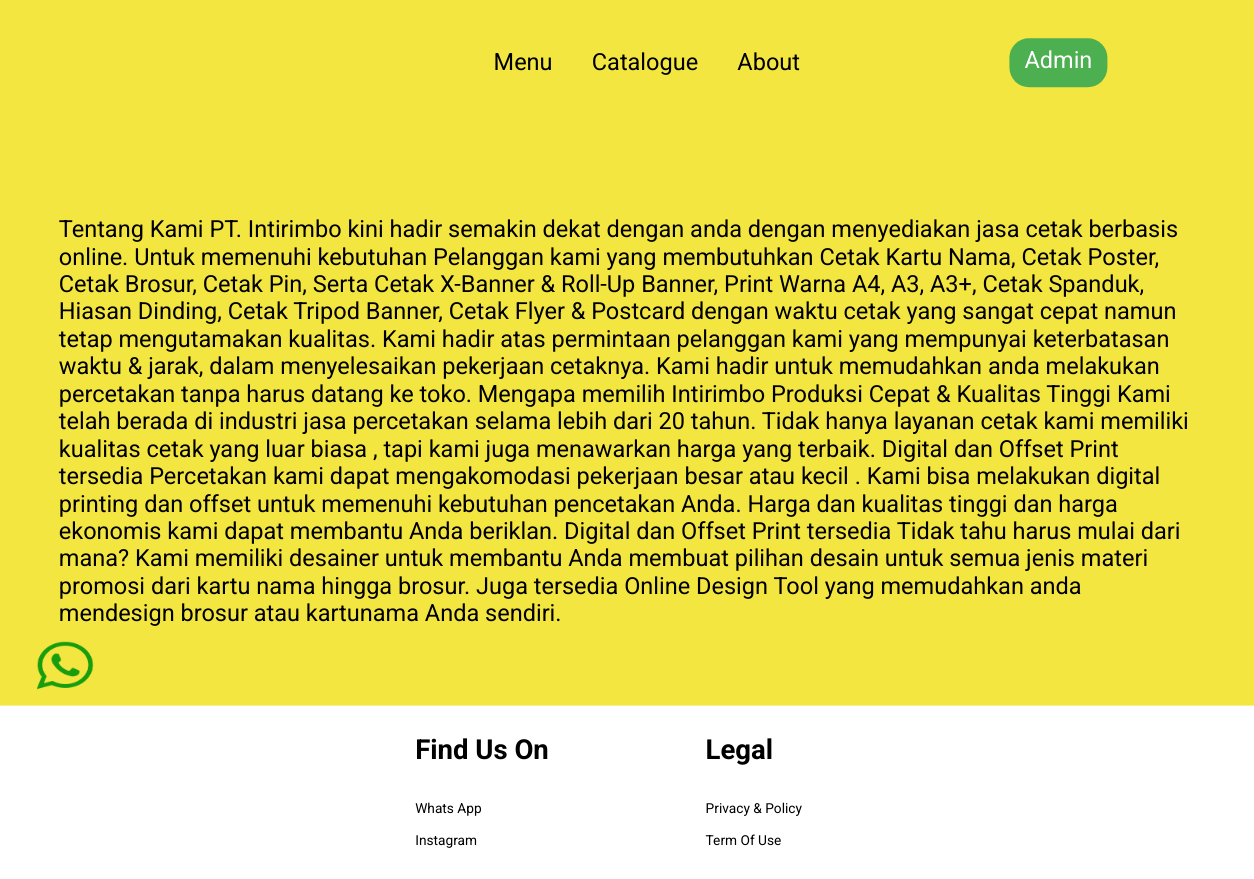
Repository: Fauzaanmhmd/Skripsi
Page: /about
These files come from the project's save history. The page is drawn as it stood at one moment and after the next save; the edit follows.
The browser window is 1280 px wide. The pictures show the whole page, at 98% of full size.
The project was rebuilt for these pictures with package versions that can differ from the ones it lists, and the page was loaded fresh each time. The framework's server and built-in components were replaced by stand-ins that run in the browser. Also part of the build but not shown: next.config.js, components/background.js.

Above is the page before, as saved 2021-06-02 09:12:28.

### pages/about/index.js
import Layout from "../../components/Layout"

export default function About({ recipes }) {
    return (
        <Layout>
            <div className="about">
                Tentang Kami
                PT. Intirimbo kini hadir semakin dekat dengan anda dengan menyediakan jasa cetak berbasis online. Untuk memenuhi kebutuhan Pelanggan kami yang membutuhkan Cetak Kartu Nama, Cetak Poster, Cetak Brosur, Cetak Pin, Serta Cetak X-Banner & Roll-Up Banner, Print Warna A4, A3, A3+, Cetak Spanduk, Hiasan Dinding, Cetak Tripod Banner, Cetak Flyer & Postcard dengan waktu cetak yang sangat cepat namun tetap mengutamakan kualitas. Kami hadir atas permintaan pelanggan kami yang mempunyai keterbatasan waktu & jarak, dalam menyelesaikan pekerjaan cetaknya. Kami hadir untuk memudahkan anda melakukan percetakan tanpa harus datang ke toko.
                Mengapa memilih Intirimbo
                Produksi Cepat & Kualitas Tinggi
                Kami telah berada di industri jasa percetakan selama lebih dari 20 tahun. Tidak hanya layanan cetak kami memiliki kualitas cetak yang luar biasa , tapi kami juga menawarkan harga yang terbaik.

                Digital dan Offset Print tersedia
                Percetakan kami dapat mengakomodasi pekerjaan besar atau kecil . Kami bisa melakukan digital printing dan offset untuk memenuhi kebutuhan pencetakan Anda. Harga dan kualitas tinggi dan harga ekonomis kami dapat membantu Anda beriklan.

                Digital dan Offset Print tersedia
                Tidak tahu harus mulai dari mana? Kami memiliki desainer untuk membantu Anda membuat pilihan desain untuk semua jenis materi promosi dari kartu nama hingga brosur. Juga tersedia Online Design Tool yang memudahkan anda mendesign brosur atau kartunama Anda sendiri.

            </div>
        </Layout>

    )
}

### styles/globals.css
@import url('https://fonts.googleapis.com/css2?family=Roboto:ital,wght@0,100;0,300;0,400;0,500;0,700;0,900;1,100;1,300;1,400;1,500;1,700;1,900&display=swap');

body {
  background: #F4E640;
  margin: 0;
  font-family: 'Roboto';
  font-size: 1.5em;
}
.layout {
  min-height: 100vh;
  display: flex;
  flex-direction: column;
}
header {
  text-align: center;
}
header a {
  text-decoration: none;
  color: black;
  text-transform: uppercase;
  display: inline-block;
}
header h1, header h2 {
  margin: 0;
}
header span {
  display: block;
  line-height: 1em;
}
header span:first-child {
  font-size: 1em;
  font-weight: 400;
}
header span:last-child {
  font-size: 1.5em;
  font-weight: 800;
}
header h2 {
  font-size: 1.2em;
  font-weight: 400;
}

.page-content {
  max-width: 1200px;
  margin: 20px auto 80px;
  padding: 0 20px;
  width: 100%;
  box-sizing: border-box;
}

ul{
  list-style-type: none;
  display: flex;
}

.ul_foot {
  display: flex;
  flex-direction: column;
  width: 100%;
}

.socmed {
  display: fixed;
  flex-direction: column;
  bottom: 0;
  left: 0;

}

.ul_foot > li {
  border-bottom: none;
}

.ul_foot >li:hover {
  border-bottom: none;
}
li {
  margin: 20px;
  cursor: pointer;
  border-bottom: 2px solid #F4E640;
}
li:hover {
background-color: transparent;
border-bottom: 2px solid black;
}
.navimg{
  position: absolute;
  left: 20px;
}
.zoom:hover {
  -ms-transform: scale(1.5); /* IE 9 */
  -webkit-transform: scale(1.5); /* Safari 3-8 */
  transform: scale(1.5);
  transition: transform .9s;
}

img {
  width: 550px;
  height: 380px;
  margin: 10px 0 0 0;
  padding: 10px 20px 0px 20px;
  display: flex;
  justify-content: center;
  align-items: center;
  position: relative;
  cursor: pointer;
}

img:hover {
  -ms-transform: scale(1.1); /* IE 9 */
  -webkit-transform: scale(1.1); /* Safari 3-8 */
  transform: scale(1.1);
  transition: transform .9s;
}

.image {
  display: grid;
  grid-template-columns: repeat(2,minmax(0,1fr));
  grid-gap: 5rem;
}

.img_product{
  width: 550px;
  height: 380px;
  margin: auto;
  margin-top: 150px;
  padding: 10px 20px 0px 20px;
  display: flex;
  justify-content: center;
  align-items: center;
  position: relative;
  cursor: pointer;
}

.button {
  cursor : pointer;
  margin: 0 30px;
  padding: 0 20px;
  width: 100px;
}

.button {
  cursor: pointer;
  border-bottom-width: 2px;
  background-color: #4CAF50;
  color: white;
  padding: 12px 20px;
  border: none;
  border-radius: 4px;
  cursor: pointer;
  float: center;
}

.img-bg {
  display: flex;
  background-color: white;
  flex-direction: column;
  justify-content: center;
  align-items: center;
  width: 65%;
  height: 150px;
  margin: -30px 130px 40px 130px;
  grid-template-columns: repeat(2,minmax(0,1fr));
}

.zoom-dropdown:hover {
  -ms-transform: scale(1.5); /* IE 9 */
  -webkit-transform: scale(1.5); /* Safari 3-8 */
  transform: scale(1.5);
  transition: transform .9s;
}

.zoom_wrapper {
  margin-top: 120px;
  width: 100%;
  text-align: center;
}

.form_catalogue {
  display: flex;
  background-color: white;
  flex-direction: column;
  justify-content: center;
  align-items: center;
  width: 100%;
  height: auto;
  margin: 20px 130px 140px 0px;
  border-radius: 20px;
}

section {
  background-color: white;
  padding: 1rem 1rem;
  border-radius: 20px;
}
.input-field {
  background:rgba(255,255,255,0.1);
  margin-bottom:10px;
  margin-top:3px;
  line-height:1.5em;
  font-size:20px;
  font-size:1.3rem;
  border:none;
  padding:5px 10px 5px 10px;
  color:black;
  box-sizing:border-box;
  width:100%;
  margin-left:auto;
  margin-right:auto;
}

* {
  box-sizing: border-box;
}

input[type=text], select, textarea {
  width: 100%;
  padding: 12px;
  border: 1px solid #ccc;
  border-radius: 4px;
  resize: vertical;
}

label {
  padding: 12px 12px 12px 0;
  display: inline-block;
}

input[type=submit] {
  background-color: #4CAF50;
  color: white;
  padding: 12px 20px;
  border: none;
  border-radius: 4px;
  cursor: pointer;
  float: right;
}

input[type=submit]:hover {
  background-color: #45a049;
}

.container {
  border-radius: 5px;
  background-color: #f2f2f2;
  padding: 20px;
}

.col-25 {
  float: left;
  width: 25%;
  margin-top: 6px;
}

.col-75 {
  float: left;
  width: 75%;
  margin-top: 6px;
}

/* Clear floats after the columns */
.row:after {
  content: "";
  display: table;
  clear: both;
}

.form {
  text-align: center;
  margin-top: 130px;
}

.form_button {
  border-bottom-width: 2px;
  background-color: #4CAF50;
  color: white;
  padding: 12px 20px;
  border: none;
  border-radius: 4px;
  cursor: pointer;
  float: right;
}

.swal-title {
  margin: 0px;
  font-size: 16px;
  box-shadow: 0px 1px 1px rgba(0, 0, 0, 0.21);
  margin-bottom: 28px;
}


.navbar {
  display: flex;
  justify-content: center;
  padding: 5px 20px;
  align-items: center;
  background-color: #F4E640;
  flex-direction: column-reverse;
  position: fixed;
  z-index: 999;
  width: 100%;
}

/* footer {
  background: white;
  color: black;
  padding: 40px;
  text-align: center;
  display: flex;
  align-items: center;
  width: 100%;
  justify-content: space-around
} */
footer {
  display: flex;
  justify-content: center;
  background-color: white;
}

.footer_inner {
  display: grid;
  grid-template-columns: repeat(2, minmax(0, 1fr));
  grid-gap: 10rem;
}

.footer_list{
  display: flex;
  flex-direction: column;
  padding-left: 0;
}

.footer_listItem {
  margin: .5rem 0;
  font-size: 14px;
  border-bottom: none;
}

.footer_list a {
  text-decoration: none;
  color: black;
}
.icon_wa {
  position: fixed;
  z-index: 99999;
  bottom: 16px;
  left: 16px;
}

.icon_waImg {
  height: 60px;
  width: 100px;
  background-color: transparent;
}

.content a {
  background-color: #45a049;
  padding: 10px 20px;
  border-radius: 30px;
  color: black;
  text-decoration: none;
  width: fit-content;
}

.content {
  float: left;
  padding: 10px;
  text-decoration: none;
}

.socmed a {
  margin: 10px;
}

.modal {
  display: flex;
  justify-content: center;
  align-items: center;
  position: fixed;
  top: 0;
  right: 0;
  bottom: 0;
  background-color: #0000009c;
  left: 0;
  z-index: 1000;
}

.modal_container{
  width: 500px;
  height: 100px;
  padding-left: -5px;
  background-color: white;
  border-radius: 6px;
  position: relative;
  text-align: center;
  padding-top: 15px;
  padding-right: 60px;
  font-size: 22px;
}

.button_click {
  position: absolute;
  top: 1rem;
  right: 2rem;
  cursor: pointer;
}

.fa-check-square:before {
  position: relative;
  right: 0;
  content: "\f14a";
  font-size: 60px;
  color: #45a049;
}

.background {
  display: flex;
  padding: 20px 20px;
}

.background_judul {
  display: flex;
  justify-content: center;
  align-items: center;
  width: 50%;
}

.bg_img {
  margin-top: 100px;
  width: 99vw;
  position: relative;
}

.bg_text {
  background-color: transparent;
}

@media screen and (max-width: 765px) {
  .image {
    grid-template-columns: repeat(1,minmax(0,1fr));
    grid-gap: 5rem;
  }
  .footer_inner {
  grid-template-columns: repeat(1, minmax(0, 1fr));
  grid-gap: 10rem;
  }

  .img {
    width: 225px;
    height: 190px;
  }

  .image_wrapper {
    display: flex;
    align-items: center;
    justify-content: center;
    flex-direction: column;
  }

  .bg_img {
    width: 100vw;
    height: auto;
    display: flex;
    align-items: center;
    justify-content: center;
  }
}

.about {
  margin-top: 200px;

}

.admin {
  display: flex;
  justify-content: center;
  align-items: center;
  width: 100%;
  height: 50vw;
  background-color: #4CAF50;
}

.admin_container {
  background-color: aqua;
}

.navbar_admin {
  position: absolute;
  cursor: pointer;
  background-color: #4CAF50;
  right: 150px;
  border-radius: 20px;
  width: 100px;
  height: 50px;
  padding-top: 8px;
  color: white;
}

.navbar_admin:hover {
  -ms-transform: scale(1.2); /* IE 9 */
  -webkit-transform: scale(1.2); /* Safari 3-8 */
  transform: scale(1.2);
  transition: transform .9s;
}

### components/Layout.js
import Link from 'next/link'
import Navbar from './Navbar'
import Background from './background'

export default function Layout({ children, withBackground, judul }) {

  return (
    <div className="layout">
      <header>
        <Navbar />
      </header>

      {
        withBackground &&
        <>
          <Background />
          {
            judul
          }
        </>
      }

      <div className="page-content">
        {children}
      </div>

      <footer>
        <div className="footer_inner">
          <div className="footer_item">
            <h3>Find Us On</h3>
            <ul className="footer_list">
              <a target="blank" href="https://wa.link/74wpl7">
                <li className="footer_listItem">Whats App</li>
              </a>
              <a target="blank" href="http://www.instagram.com/fauzaan.mhmd/">
                <li className="footer_listItem">Instagram</li>
              </a>
            </ul>
          </div>
          <div className="footer_item">
            <h3>Legal</h3>
            <ul className="footer_list">
              <Link href={`/catalogue/privacypolicy`}>
                <li className="footer_listItem">Privacy & Policy</li>
              </Link>
              <Link href={`/catalogue/termofuse`}>
                <li className="footer_listItem">Term Of Use</li>
              </Link>
            </ul>
          </div>
        </div>
        <div className="icon_wa">
          <a target="blank" href="https://wa.link/74wpl7">
            <img className="icon_waImg" src="/img/wa.png" alt="" />
          </a>
        </div>
      </footer>
    </div >
  )
}

### components/Navbar.js
import Link from 'next/link'

const Navbar = props => {
    return (
        <div className="navbar">
            <ul className="navbar_menu">
                <Link href="/">
                    <li className="zoom">Menu</li>
                </Link>
                <Link href="/catalogue">
                    <li className="zoom-dropdown">Catalogue</li>
                </Link>
                <Link href="/about">
                    <li className="zoom">About</li>
                </Link>
            </ul>
            <Link href="/admin">
                <div className="navbar_admin">Admin</div>
            </Link>
        </div>
    )
}

export default Navbar

Loaded but not shown: pages/_app.js (common file)

After the next save:
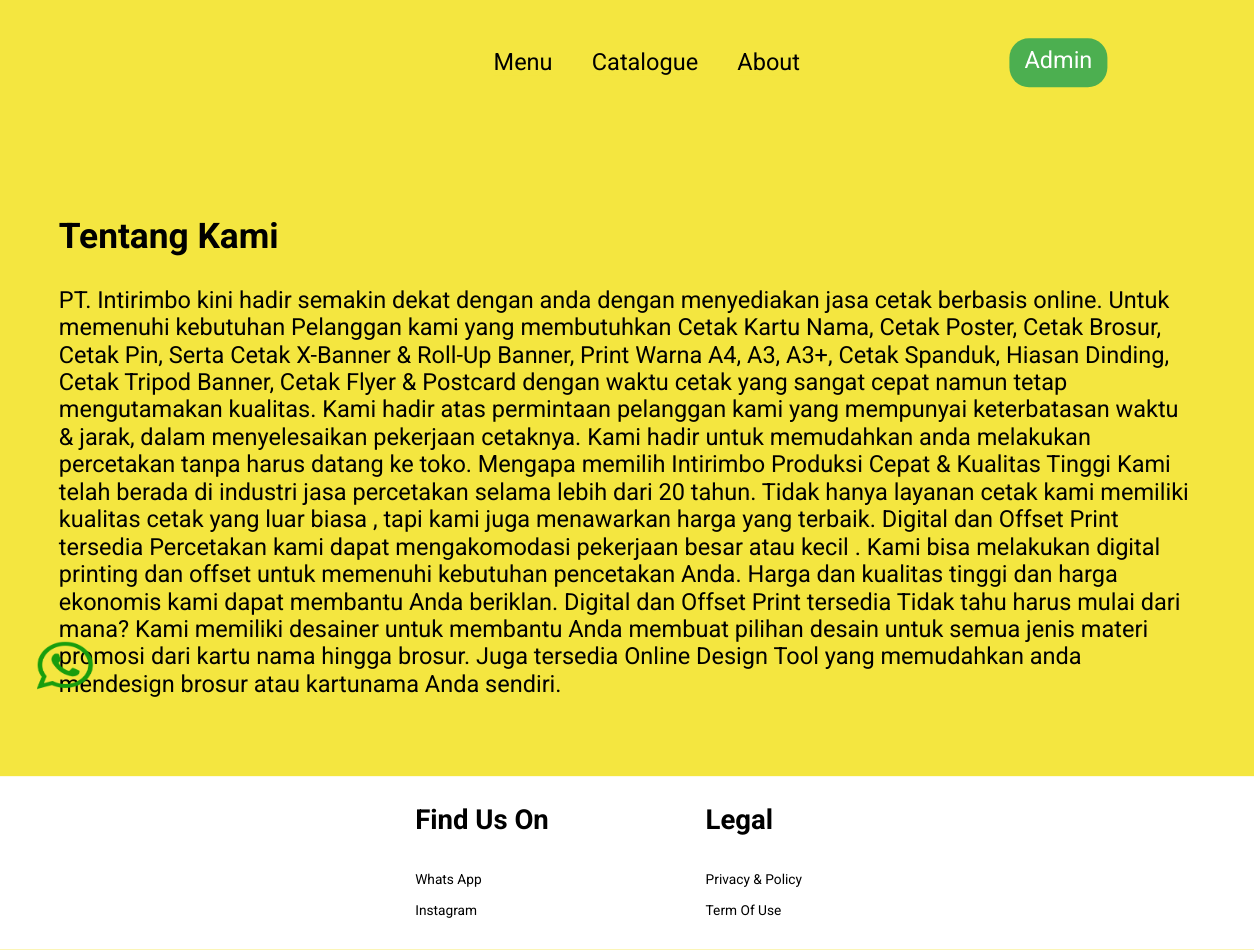
Saved 24 s later.
--- a/pages/about/index.js
+++ b/pages/about/index.js
@@ -4,7 +4,9 @@
     return (
         <Layout>
             <div className="about">
-                Tentang Kami
+                <h2>
+                    Tentang Kami
+                    </h2>
                 PT. Intirimbo kini hadir semakin dekat dengan anda dengan menyediakan jasa cetak berbasis online. Untuk memenuhi kebutuhan Pelanggan kami yang membutuhkan Cetak Kartu Nama, Cetak Poster, Cetak Brosur, Cetak Pin, Serta Cetak X-Banner & Roll-Up Banner, Print Warna A4, A3, A3+, Cetak Spanduk, Hiasan Dinding, Cetak Tripod Banner, Cetak Flyer & Postcard dengan waktu cetak yang sangat cepat namun tetap mengutamakan kualitas. Kami hadir atas permintaan pelanggan kami yang mempunyai keterbatasan waktu & jarak, dalam menyelesaikan pekerjaan cetaknya. Kami hadir untuk memudahkan anda melakukan percetakan tanpa harus datang ke toko.
                 Mengapa memilih Intirimbo
                 Produksi Cepat & Kualitas Tinggi
